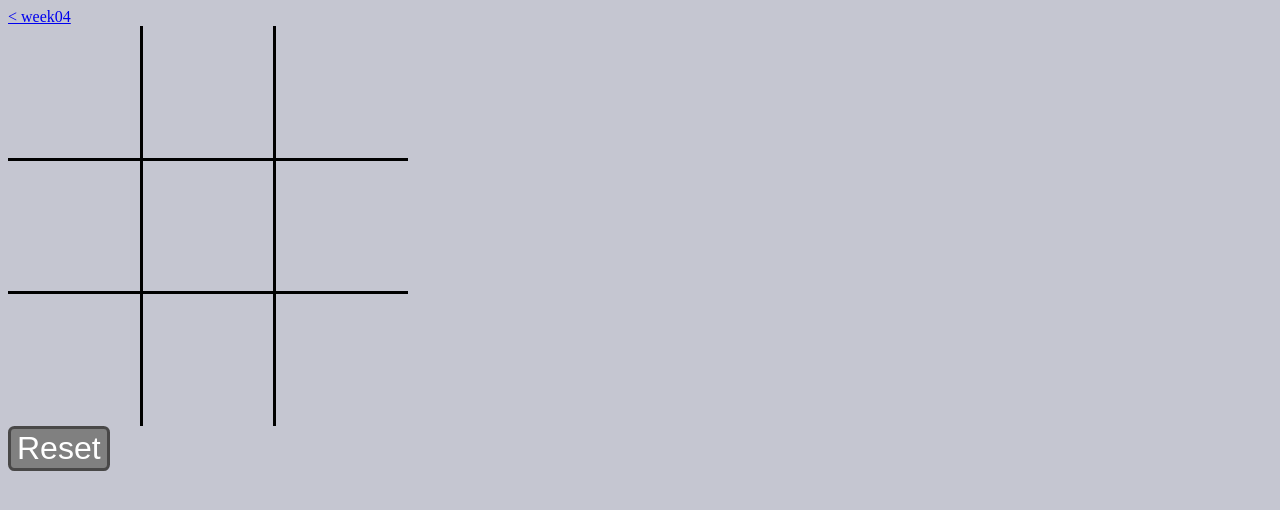
Repository: jknudsen97/WDD-330-Portfolio
Page: week4/teamactivity.html
These files come from the project's save history. The page is drawn as it stood at one moment and after the next save; the edit follows.
The browser window is 1280 px wide. The pictures show the whole page.

Above is the page before, as saved 2021-10-19 17:17:04.

After the next save:
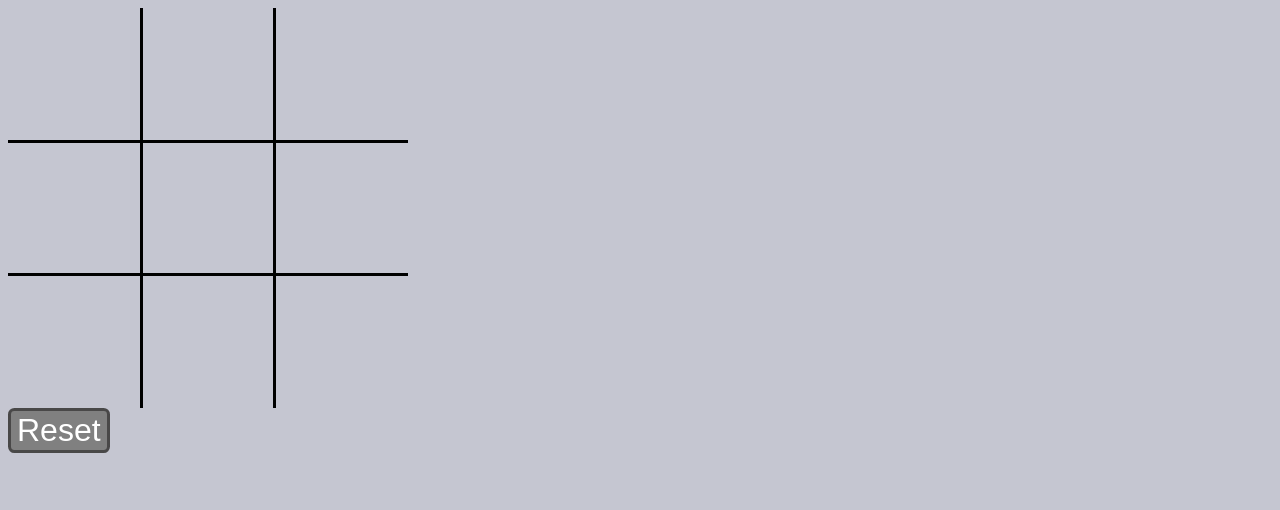
Saved 12 s later.
--- a/week4/teamactivity.html
+++ b/week4/teamactivity.html
@@ -3,7 +3,6 @@
         <meta charset="UTF-8">
         <meta name="viewport" content="width=device-width, initial-scale=1.0">
         <title>Tic-Tac-Toe Board</title>
-        <a href="week04.html">&lt; week04</a>
         <style>
             .board {
                 width: 400px;
